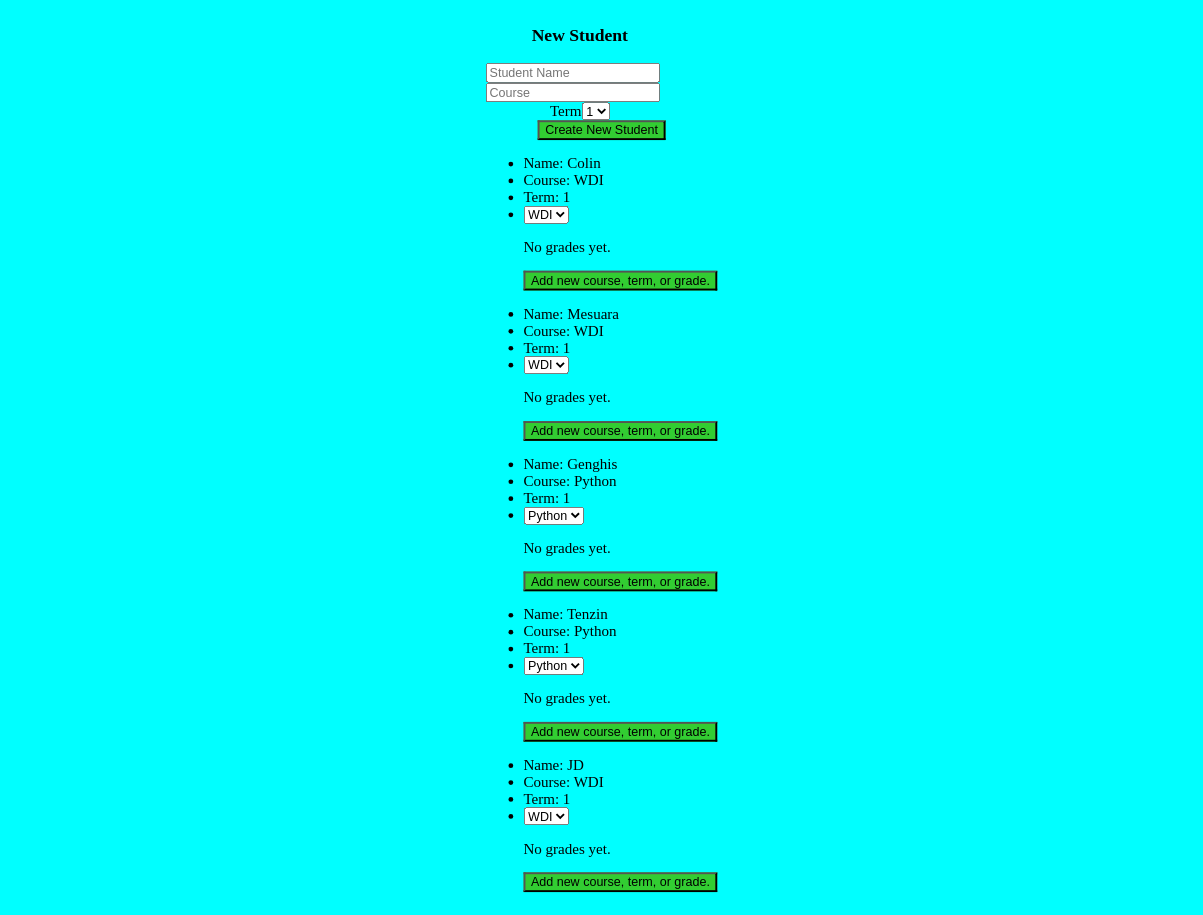
Repository: EdmontDantes/graderaide-ui
Page: index.html
The author's editor kept a copy of each file at every save. The page is drawn from the files as they stood at one save, then again after the next save.
The browser window is 1280 px wide. The pictures show the whole page, at 94% of full size.

Above is the page before, as saved 2020-04-21 14:32:53.

### index.html
<html lang="en">
  <head>
    <title>Graderaide</title>
    <meta charset="UTF-8">
    <meta name="viewport" content="width=device-width, initial-scale=1">
    <link rel="stylesheet" type="text/css" href="style.css">
  </head>

  <body>
    <section class="app">
      <section class="new-student-input">
        <h1 id="text-h1-creation-section">New Student</h1>

        <div id="new-student-input-boxes">
          <!-- <label for="new-student-name">Student Name</label> -->
          <input id="new-student-name-input-box"type="text" class="new-student-name" name="new-student-name" placeholder="Student Name">
          <!-- <label for="new-student-course">Course</label> -->
          <input id="new-student-course-input-box" type="text" class="new-student-course" name="new-student-course" placeholder="Course">
        </div>

        <div id="new-student-input-options"
          <label for="new-student-term">Term</label>
          <select class="new-student-term" name="new-student-term">
            <option value="1">1</option>
            <option value="2">2</option>
            <option value="3">3</option>
          </select>
        </div>
      </section>
      <section class="new-student-submit">
        <button type="submit" class="new-student-button">Create New Student</button>
      </section>

      <section class="student-display">
        <ul class="student-info">
          <li>Name: Colin</li>
          <li>Course: WDI</li>
          <li>Term: 1</li>
          <li>
            <select class="course-selection">
              <option value="wdi">WDI</option>
            </select>
            <p>No grades yet.</p>
          </li><button>Add new course, term, or grade.</button>
        </ul>
        <ul class="student-info">
          <li>Name: Mesuara</li>
          <li>Course: WDI</li>
          <li>Term: 1</li>
          <li>
            <select class="course-selection">
              <option value="wdi">WDI</option>
            </select>
            <p>No grades yet.</p>
          </li><button>Add new course, term, or grade.</button>
        </ul>
        <ul class="student-info">
          <li>Name: Genghis</li>
          <li>Course: Python</li>
          <li>Term: 1</li>
          <li>
            <select class="course-selection">
              <option value="python">Python</option>
            </select>
            <p>No grades yet.</p>
          </li><button>Add new course, term, or grade.</button>
        </ul>
        <ul class="student-info">
          <li>Name: Tenzin</li>
          <li>Course: Python</li>
          <li>Term: 1</li>
          <li>
            <select class="course-selection">
              <option value="python">Python</option>
            </select>
            <p>No grades yet.</p>
          </li><button>Add new course, term, or grade.</button>
        </ul>
        <ul class="student-info">
          <li>Name: JD</li>
          <li>Course: WDI</li>
          <li>Term: 1</li>
          <li>
            <select class="course-selection">
              <option value="wdi">WDI</option>
            </select>
            <p>No grades yet.</p>
          </li><button>Add new course, term, or grade.</button>
        </ul>
      </section>
    </section>
  </body>
</html>

### style.css
@media (min-width: 601px) and (max-width: 1100px);
body {
    background-color: aqua;
    display: flex;
    flex-wrap: wrap;
    justify-content: center;
}

#text-h1-creation-section {
    display: flex;
    flex-wrap: wrap;
    justify-content: center;
}

#new-student-input-options {
    display: flex;
    flex-wrap: wrap;
    justify-content: center;
}

.new-student-submit {
    display: flex;
    flex-wrap: wrap;
    justify-content: center;
}

.new-student-input {
    width: 200px;
    height:
}
button {
    background-color: limegreen ;
}

After the next save:
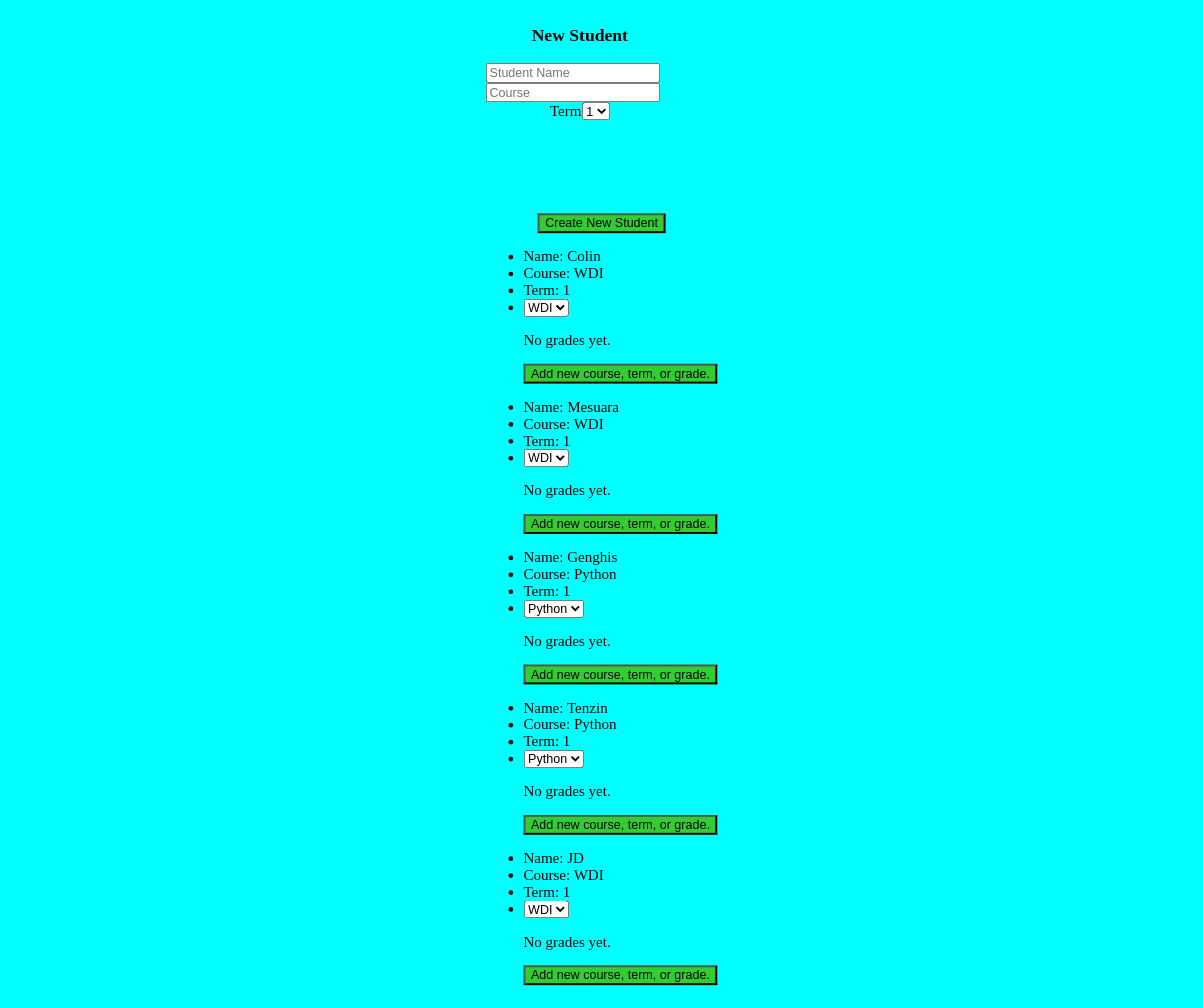
Saved 6 s later.
--- a/style.css
+++ b/style.css
@@ -26,7 +26,8 @@ body {
 
 .new-student-input {
     width: 200px;
-    height:
+    height: 200px;
+
 }
 button {
     background-color: limegreen ;
